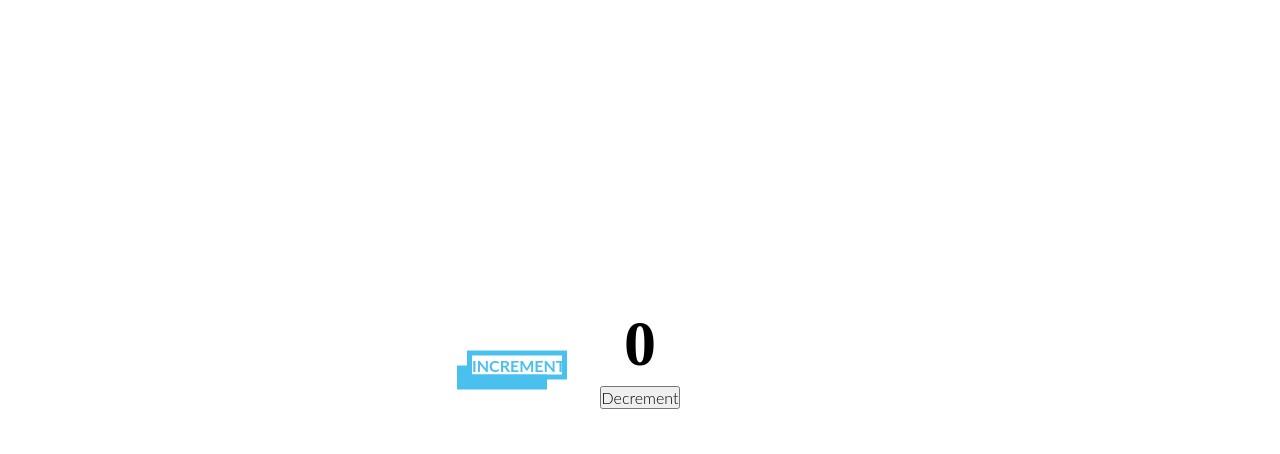
Repository: Ellisvelandia/react_introduction_test
Page: /
The author's editor kept a copy of each file at every save. The page is drawn from the files as they stood at one save, then again after the next save.
The browser window is 1280 px wide. The pictures show the whole page.
The project was rebuilt for these pictures with package versions that can differ from the ones it lists, and the page was loaded fresh each time. Also part of the build but not shown: src/index.css.

Above is the page before, as saved 2022-08-15 20:08:37.

After the next save:
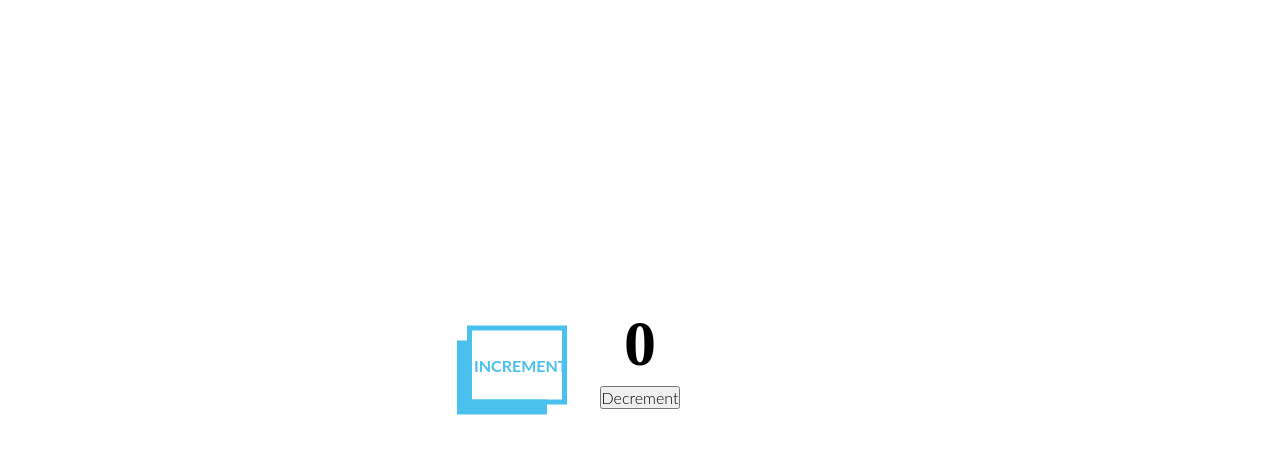
Saved 5 s later.
--- a/src/App.scss
+++ b/src/App.scss
@@ -38,7 +38,7 @@ button {
 
   background: #fff;
   max-width: 100px;
-  padding: 25px -2px;
+  padding: 25px 2px;
 
   border: 5px solid #4ac0ee;
   color: #4ac0ee;
